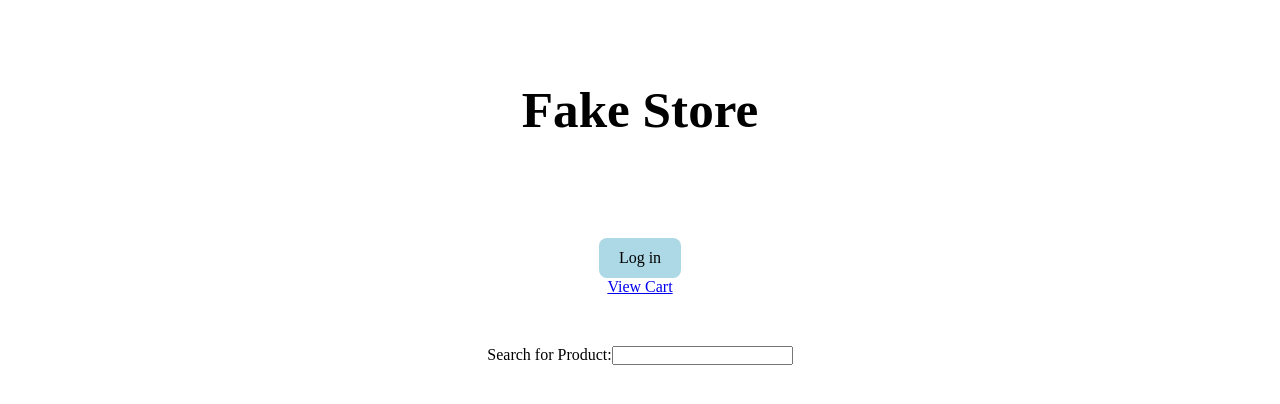
Repository: Andres513/CapStone
Page: /
The author's editor kept a copy of each file at every save. The page is drawn from the files as they stood at one save, then again after the next save.
The browser window is 1280 px wide. The pictures show the whole page.
The page's requests for data from a server got no answer. The project was rebuilt for these pictures with package versions that can differ from the ones it lists, and the page was loaded fresh each time. No one was signed in, and anything a server would have sent is missing. Also part of the build but not shown: vite.config.js, src/components/Login.jsx, src/components/Cart.jsx, src/components/SingleProduct.jsx, src/components/ProductsByCategory.jsx.

Above is the page before, as saved 2024-04-09 14:01:28.

After the next save:
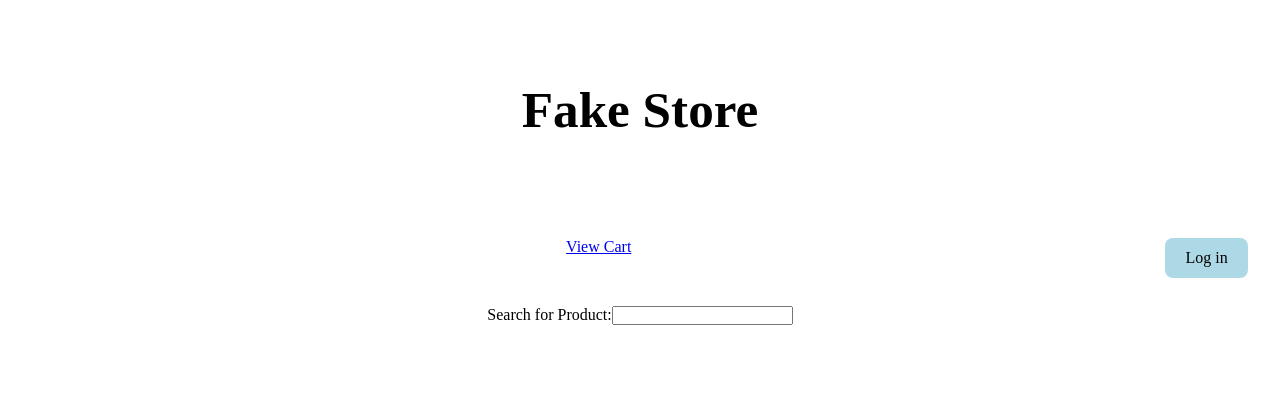
Saved 40 s later.
--- a/src/index.css
+++ b/src/index.css
@@ -47,3 +47,6 @@ button {
   cursor: pointer;
   transition: border-color 0.25s;
 }
+.navbar {
+  float: right
+}
